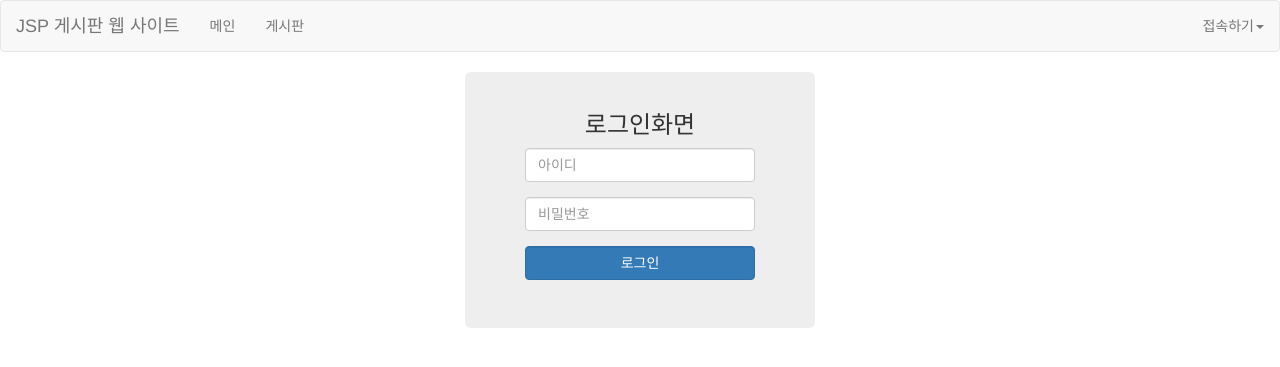
Repository: kimdy108/jsp-bbs
Page: http://localhost/BBS/main.jsp
An editor plug-in stored every save of this project. The page is shown before and after the next save, followed by the edit.
The browser window is 1280 px wide. The pictures show the whole page.
Some web libraries are served in a nearby version. The page is served by Tomcat 9.

Above is the page before, as saved 2025-05-24 13:57:22.

After the next save:
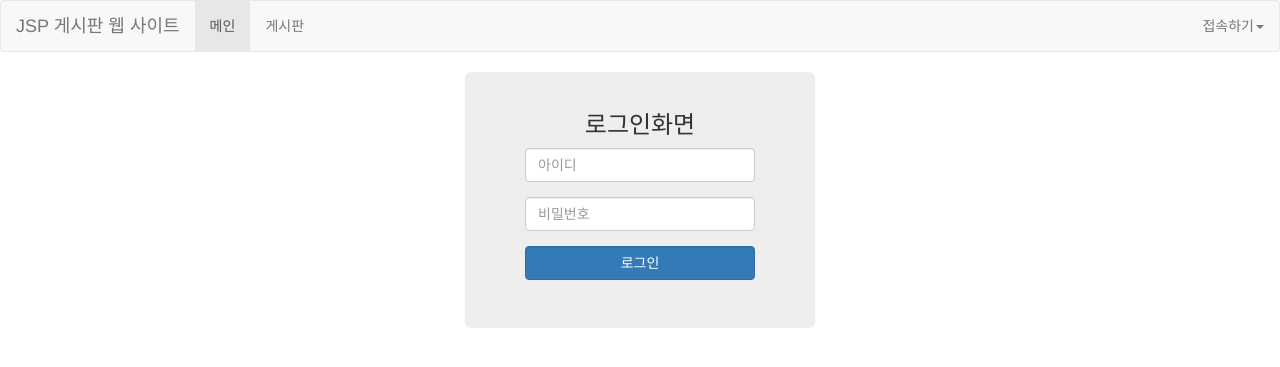
Saved 27 s later.
--- a/BBS/src/main/webapp/main.jsp
+++ b/BBS/src/main/webapp/main.jsp
@@ -29,7 +29,7 @@
 		</div>
 		<div class="collapse navbar-collapse" id="bs-example-navbar-collapse-1">
 			<ul class="nav navbar-nav">
-				<li><a href="main.jsp">메인</a></li>
+				<li class="active"><a href="main.jsp">메인</a></li>
 				<li><a href="bbs.jsp">게시판</a></li>
 			</ul>
 			<ul class="nav navbar-nav navbar-right">
